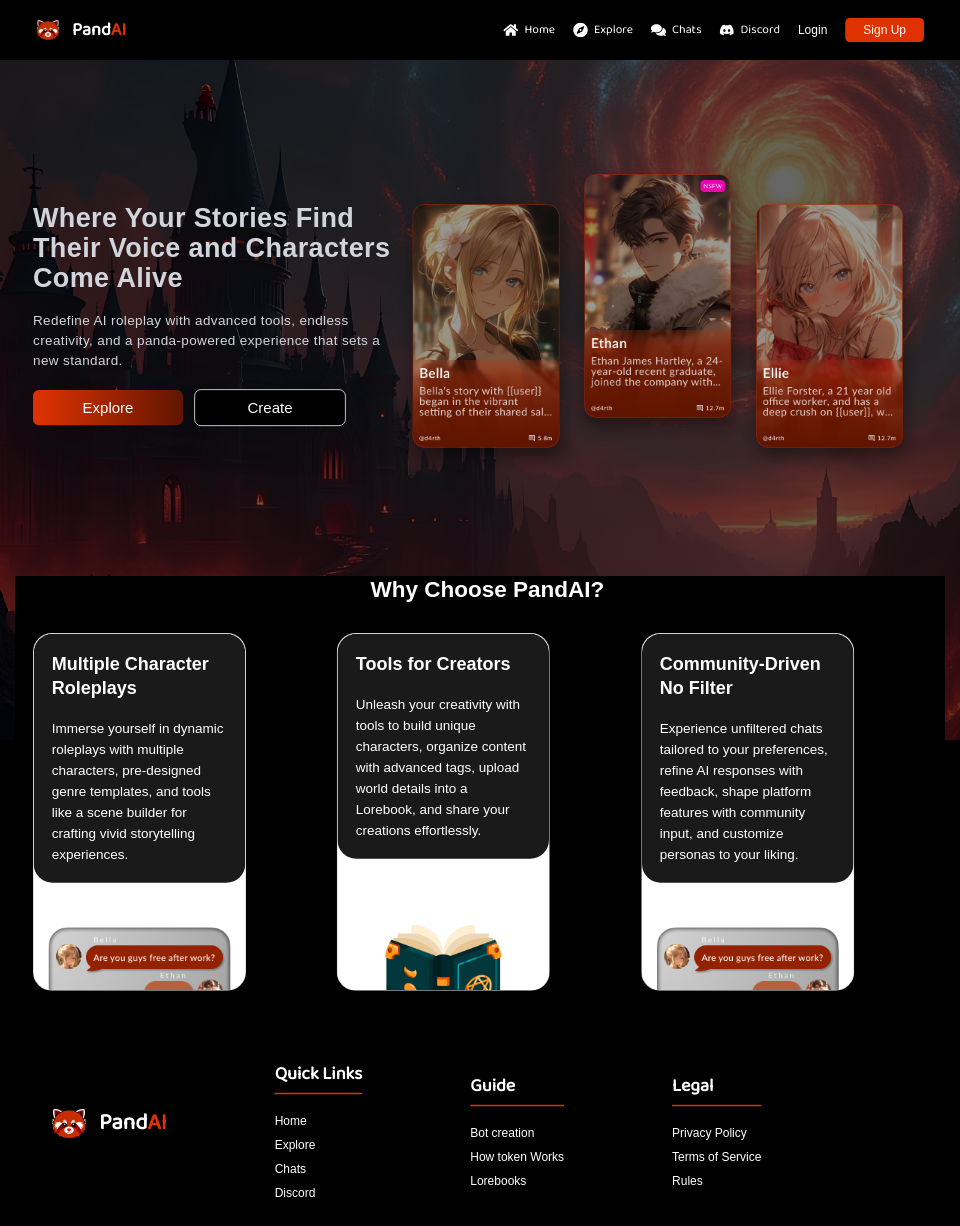
Repository: PandamoniumAI/Pandamonium
Page: /preview
These files come from the project's save history. The page is drawn as it stood at one moment and after the next save; the edit follows.
The browser window is 1280 px wide. The pictures show the whole page, at 75% of full size.
Some web libraries are served in a nearby version. The project was rebuilt for these pictures with package versions that can differ from the ones it lists, and the page was loaded fresh each time. Also part of the build but not shown: vite.config.js, src/Utils/Utils.js, src/Components/SearchBar/SearchBar.jsx, src/Components/CSS/CharacterCard.css, src/Components/CharacterCard/CharacterCard.jsx, src/Components/CSS/CharacterCardModal.css, src/Components/CharacterCardModal/CharacterCardModal.jsx, src/Components/CSS/Tags.css and 15 more.

Above is the page before, as saved 2025-01-01 21:32:57.

### index.html
<!doctype html>
<html lang="en">
  <head>
    <meta charset="UTF-8" />
    <link rel="icon" type="image/svg+xml" href="/src/assets/animal.png"/>
    <meta name="viewport" content="width=device-width, initial-scale=1.0" />
    <title>Pandamonium</title>
    <link
      href="https://cdn.jsdelivr.net/npm/bootstrap@5.3.0-alpha1/dist/css/bootstrap.min.css"
      rel="stylesheet"
    />
    <link
      href="https://cdn.jsdelivr.net/npm/bootstrap-icons/font/bootstrap-icons.css"
      rel="stylesheet"
    />
    <link
      href="https://cdnjs.cloudflare.com/ajax/libs/animate.css/4.1.1/animate.min.css"
      rel="stylesheet"
    />
  </head>

  <body>
    <div id="root"></div>
    <script src="https://kit.fontawesome.com/68b5244ee4.js" crossorigin="anonymous"></script>
    <script src="https://cdn.jsdelivr.net/npm/react/umd/react.production.min.js"></script>
    <script src="https://cdn.jsdelivr.net/npm/react-dom/umd/react-dom.production.min.js"></script>
    <script type="module" src="/src/main.jsx"></script>
    <script src="https://cdn.jsdelivr.net/npm/bootstrap@5.3.0-alpha1/dist/js/bootstrap.bundle.min.js"></script>
  </body>
</html>

### src/App.jsx
import HomePage from "./Components/HomePage/HomePage.jsx";
import Chat from "./Components/Chat/Chat.jsx";
import Create from "./Components/Create/Create.jsx";
import Error from "./Components/Error/Error.jsx";
import { BrowserRouter as Router, Routes, Route } from "react-router-dom";
import Preview from "../src/Preview/Preview.jsx";
function App() {
  return (
    <Router>
      <Routes>
        <Route path="/" element={<HomePage />} />
        <Route path="/chat/:characterId" element={<Chat />} />
        <Route path="/create" element={<Create />} />
        <Route path="*" element={<Error />} />
        <Route path="/preview" element={<Preview />} />
      </Routes>
    </Router>
  );
}

export default App;

### src/Preview/Preview.jsx
import React from "react";
import Animal from "../assets/animal.png";
import "./Preview.css";
import "tailwindcss/tailwind.css";
import {FaHome, FaCompass, FaComments, FaDiscord} from "react-icons/fa";
import image from "../assets/image.png";
import Chatcard from "../assets/Chat Card.png";
import Book from "../assets/Magical Book World Illustration 1.png";
import Roleplay from "../assets/Chat Card (1).png";

export default function Preview() {
  const handleCardHover = (event, element) => {
    const rect = element.getBoundingClientRect();
    const x = (event.clientX - rect.left) / rect.width - 0.5; // Normalize between -0.5 to 0.5
    const y = (event.clientY - rect.top) / rect.height - 0.5;

    element.style.transform = `rotateX(${y * 10}deg) rotateY(${x * 10}deg) scale(1.05)`;
  };

  return (
    <div className="main">
      <div className="fixed top-0 left-0 w-full bg-black bg-opacity-40 p-4 z-50">
        <div className="flex justify-between items-center w-full max-w-screen-xl mx-auto px-4">
          <div
            className="flex items-center space-x-4 cursor-pointer"
            onClick={() => window.scrollTo({top: 0, behavior: "smooth"})}
          >
            <img className="w-8 h-8" src={Animal} alt="Logo" />
            <h1 className="text-2xl font-bold font-baloo text-white">
              Pand<span className="text-[#E03201]">AI</span>
            </h1>
          </div>

          <div className="flex items-center space-x-6">
            <button className="flex items-center text-white font-baloo hover:text-[#E03201] transition">
              <FaHome className="mr-2 text-xl" />
              Home
            </button>
            <button className="flex items-center text-white font-baloo hover:text-[#E03201] transition">
              <FaCompass className="mr-2 text-xl" />
              Explore
            </button>
            <button className="flex items-center text-white font-baloo hover:text-[#E03201] transition">
              <FaComments className="mr-2 text-xl" />
              Chats
            </button>
            <button className="flex items-center text-white font-baloo hover:text-[#E03201] transition">
              <FaDiscord className="mr-2 text-xl" />
              Discord
            </button>
            <button className="text-white hover:text-[#E03201] transition">
              Login
            </button>
            <button className="bg-[#E03201] text-white px-4 py-1 rounded-md hover:bg-[#b02501] transition">
              Sign Up
            </button>
          </div>
        </div>
      </div>

      <div className="preview-container relative p-6">
        <div className="Preview-text mt-[50px] absolute top-[200px]">
          <p className="text-4xl text-gray-300 font-bold mb-6 tracking-[0.5px] w-[500px]">
            Where Your Stories Find Their Voice and Characters Come Alive
          </p>
          <p className="text-[18px] text-gray-300 leading-[27px] tracking-[0.5px] w-[500px] mb-8">
            Redefine AI roleplay with advanced tools, endless creativity, and a
            panda-powered experience that sets a new standard.
          </p>
        </div>

        <div className="Buttons absolute top-[500px] flex space-x-4 mb-8">
          <button className="text-white text-xl h-[47px] w-[200px] rounded-lg shadow-2xl bg-gradient-to-r from-[#E03201] to-[#611600] transform hover:scale-105 transition-all duration-300 ease-in-out hover:shadow-orange-500/50 hover:shadow-lg">
            <span className="relative z-10">Explore</span>
          </button>
          <button
            className="create bg-black text-white text-xl h-[47px] w-[200px] rounded-lg shadow-2xl outline outline-1 hover:outline-none transition-all duration-300 ease-in-out transform hover:scale-105 hover:shadow-[#B22801]/50 hover:shadow-lg relative overflow-hidden group"
            style={{
              outlineImage:
                "linear-gradient(to right, #FFCBBB, #D07A5A, #A8382D, #611600)",
              outlineImageSlice: 1,
            }}
          >
            <span className="relative z-10">Create</span>
            <span className="absolute inset-0 bg-yellow-500 transform scale-x-0 group-hover:scale-x-100 transition-transform duration-300 origin-left"></span>
          </button>
        </div>

        <div className="absolute right-[30px] top-[200px]">
          <img src={image} alt="" />
        </div>
      </div>

      <div className="info px-6 relative bg-black" style={{top: "700px"}}>
        <div className="infotext mb-8 text-white">
          <h1 className="text-3xl font-bold text-white ml-[450px]">
            Why Choose PandAI?
          </h1>

          <div className="cards grid grid-cols-1 md:grid-cols-3 gap-6 mt-10">
            {[
              "Multiple Character Roleplays",
              "Tools for Creators",
              "Community-Driven No Filter",
            ].map((title, index) => (
              <div
                key={index}
                className="card relative flex flex-col justify-between w-[284px] h-[477px] rounded-[25px] overflow-hidden"
                onMouseMove={(e) => handleCardHover(e, e.currentTarget)}
              >
                <div
                  className="absolute inset-0 -z-10 rounded-[25px]"
                  style={{
                    background:
                      "linear-gradient(135deg, #BF18C2, #6B1C8F, #1D0375)",
                    position: "absolute",
                    top: 0,
                    left: 0,
                    right: 0,
                    bottom: 0,
                    borderRadius: "25px",
                    padding: "2px",
                  }}
                />
                <div className="content p-6 bg-[#1A1A1A] flex flex-col justify-between h-full rounded-[25px]">
                  <h2 className="text-2xl font-semibold mb-4 text-white">
                    {title}
                  </h2>
                  <p className="text-lg text-white">
                    {index === 0
                      ? "Immerse yourself in dynamic roleplays with multiple characters, pre-designed genre templates, and tools like a scene builder for crafting vivid storytelling experiences."
                      : index === 1
                        ? "Unleash your creativity with tools to build unique characters, organize content with advanced tags, upload world details into a Lorebook, and share your creations effortlessly."
                        : "Experience unfiltered chats tailored to your preferences, refine AI responses with feedback, shape platform features with community input, and customize personas to your liking."}
                  </p>
                </div>
                <div className="image-container mt-4">
                  {index === 0 ? (
                    <img
                      src={Chatcard}
                      alt="Roleplay"
                      className="w-full rounded-[25px]"
                    />
                  ) : index === 1 ? (
                    <img
                      src={Book}
                      alt="Creator Tools"
                      className="w-full rounded-[25px]"
                    />
                  ) : (
                    <img
                      src={Roleplay}
                      alt="Community"
                      className="w-full rounded-[25px]"
                    />
                  )}
                </div>
              </div>
            ))}
          </div>

          <div className="Footer bg-black py-8 px-6 mt-10 flex items-center justify-start space-x-36">
            <div className="flex items-center">
              <img
                className="w-12 h-12 mr-4 transform transition duration-300 hover:scale-110"
                src={Animal}
                alt="Logo"
              />
              <h1 className="text-3xl font-bold font-baloo text-white">
                Pand<span className="text-[#E03201]">AI</span>
              </h1>
            </div>

            <div className="Quicklinks mr-36 mt-6">
              <h1 className="text-2xl font-bold font-baloo text-white border-b-2 border-[#E03201] pb-2">
                Quick Links
              </h1>
              <ul className="list-none pl-0 mt-4 space-y-2">
                <li className="text-white hover:text-[#E03201] transition duration-300 transform hover:translate-x-2">
                  <a href="#">Home</a>
                </li>
                <li className="text-white hover:text-[#E03201] transition duration-300 transform hover:translate-x-2">
                  <a href="#">Explore</a>
                </li>
                <li className="text-white hover:text-[#E03201] transition duration-300 transform hover:translate-x-2">
                  <a href="#">Chats</a>
                </li>
                <li className="text-white hover:text-[#E03201] transition duration-300 transform hover:translate-x-2">
                  <a href="#">Discord</a>
                </li>
              </ul>
            </div>

            <div className="guide mr-36 mt-6">
              <h1 className="text-2xl font-bold font-baloo text-white border-b-2 border-[#E03201] pb-2">
                Guide
              </h1>
              <ul className="list-none pl-0 mt-4 space-y-2">
                <li className="text-white hover:text-[#E03201] transition duration-300 transform hover:translate-x-2">
                  <a href="#">Bot creation</a>
                </li>
                <li className="text-white hover:text-[#E03201] transition duration-300 transform hover:translate-x-2">
                  <a href="#">How token Works</a>
                </li>
                <li className="text-white hover:text-[#E03201] transition duration-300 transform hover:translate-x-2">
                  <a href="#">Lorebooks</a>
                </li>
              </ul>
            </div>

            <div className="legal mr-36 mt-6">
              <h1 className="text-2xl font-bold font-baloo text-white border-b-2 border-[#E03201] pb-2">
                Legal
              </h1>
              <ul className="list-none pl-0 mt-4 space-y-2">
                <li className="text-white hover:text-[#E03201] transition duration-300 transform hover:translate-x-2">
                  <a href="#">Privacy Policy</a>
                </li>
                <li className="text-white hover:text-[#E03201] transition duration-300 transform hover:translate-x-2">
                  <a href="#">Terms of Service</a>
                </li>
                <li className="text-white hover:text-[#E03201] transition duration-300 transform hover:translate-x-2">
                  <a href="#">Rules</a>
                </li>
              </ul>
            </div>
          </div>
        </div>
      </div>
    </div>
  );
}

### src/Components/Chat/ExtraCss.css
/* ExtraCss.css */

/* General Styles */
body {
    margin: 0;
    padding: 0;
    font-family: Arial, sans-serif;
    background-color: #121212;
    color: #ffffff;
  }

  /* Chat Container */
  .d-flex {
    display: flex;
  }

  .flex-column {
    flex-direction: column;
  }

  .h-100 {
    height: 100%;
  }

  .bg-dark {
    background-color: #181818;
  }

  .text-white {
    color: #ffffff;
  }

  .border-secondary {
    border-color: #444;
  }

  .border-top {
    border-top: 1px solid;
  }

  .border-bottom {
    border-bottom: 1px solid;
  }

  .overflow-hidden {
    overflow: hidden;
  }

  .overflow-auto {
    overflow: auto;
  }

  /* Chat Header */
  .p-3 {
    padding: 1rem;
  }

  .align-items-center {
    align-items: center;
  }

  .space-x-4 > * + * {
    margin-left: 1rem;
  }

  /* Avatar */
  img.rounded-circle {
    border-radius: 50%;
    cursor: pointer;
  }

  /* Message Bubbles */
  .bg-secondary {
    background-color: #2a2a2a;
  }

  .p-3 {
    padding: 1rem;
  }

  .rounded-lg {
    border-radius: 1rem;
  }

  .shadow-lg {
    box-shadow: 0px 4px 10px rgba(0, 0, 0, 0.2);
  }

  .text-muted {
    color: #aaaaaa;
  }

  /* Input Field */
  input {
    outline: none;
  }

  input::placeholder {
    color: #aaaaaa;
  }

  .border-0 {
    border: none;
  }

  .flex-grow-1 {
    flex-grow: 1;
  }

  .shadow-lg {
    box-shadow: 0px 4px 10px rgba(0, 0, 0, 0.2);
  }

  /* Buttons */
  button {
    cursor: pointer;
  }

  button:disabled {
    opacity: 0.6;
    cursor: not-allowed;
  }

  .btn {
    display: inline-flex;
    justify-content: center;
    align-items: center;
    padding: 0.5rem;
    border: none;
    border-radius: 0.5rem;
    transition: background-color 0.3s ease, transform 0.2s ease;
  }

  .btn:hover:not(:disabled) {
    background-color: #555;
    transform: translateY(-2px);
  }

  .btn-light {
    background-color: #444;
    color: #fff;
  }

  .btn-primary {
    background-color: #007bff;
    color: #fff;
  }

  .btn-primary:hover:not(:disabled) {
    background-color: #0056b3;
  }

  /* Typing Animation */
  .animate-pulse {
    animation: pulse 1.5s infinite;
  }

  @keyframes pulse {
    0%, 100% {
      opacity: 1;
    }
    50% {
      opacity: 0.5;
    }
  }

  /* Smooth Fade-In */
  @keyframes fadeIn {
    from {
      opacity: 0;
      transform: translateY(10px);
    }
    to {
      opacity: 1;
      transform: translateY(0);
    }
  }

  /* Scrollbar Styles */
  .overflow-auto::-webkit-scrollbar {
    width: 6px;
  }

  .overflow-auto::-webkit-scrollbar-thumb {
    background-color: #444;
    border-radius: 10px;
  }

  .overflow-auto::-webkit-scrollbar-track {
    background-color: transparent;
  }

  .ReactModal__Overlay {
    opacity: 0;
    transition: opacity 0.3s ease-in-out;
  }
  .ReactModal__Overlay--after-open {
    opacity: 1;
  }
  .ReactModal__Overlay--before-close {
    opacity: 0;
  }

### src/Components/CSS/Create.css
body {
    background-color: #121212;
    color: #fff;
    min-height: 100vh;
    padding: 20px;
    font-family: 'Arial', sans-serif;
}
.creation-form {
    max-width: 800px;
    margin: 0 auto;
    background-color: rgba(0, 0, 0, 0.8);
    padding: 30px;
    border-radius: 15px;
    border: 1px solid #444;
    transition: all 0.3s ease;
}
.creation-form:hover {
    transform: scale(1.03);
    box-shadow: 0 10px 30px rgba(0, 0, 0, 0.5);
}
.form-control {
    background-color: #333;
    border: 1px solid #555;
    color: #fff;
    margin-bottom: 20px;
    transition: all 0.3s ease;
}
.form-control:focus {
    background-color: #444;
    border-color: #007bff;
    color: #fff;
}
.form-label {
    font-weight: bold;
}
.btn {
    background-color: #007bff;
    color: #fff;
    transition: all 0.3s ease;
}
.btn:hover {
    background-color: #0056b3;
}
.select2-container {
    width: 100%;
}
.custom-tag-field {
    margin-top: 20px;
}
.custom-tag-field input {
    width: calc(100% - 60px);
    display: inline-block;
    margin-right: 10px;
}
.custom-tag-field button {
    display: inline-block;
    background-color: #28a745;
    color: white;
    padding: 6px 12px;
    border: none;
    cursor: pointer;
}
.custom-tag-field button:hover {
    background-color: #218838;
}

@keyframes float {
    0% { transform: translateY(0px); }
    50% { transform: translateY(-10px); }
    100% { transform: translateY(0px); }
}

.tags-modal {
    display: none;
    position: fixed;
    top: 0;
    left: 0;
    width: 100%;
    height: 100%;
    background: rgba(0,0,0,0.7);
    z-index: 1000;
    animation: fadeIn 0.3s;
}

.tags-modal-content {
    position: absolute;
    top: 50%;
    left: 50%;
    transform: translate(-50%, -50%);
    background: #121212;
    color: white;
    padding: 2rem;
    border-radius: 15px;
    width: 90%;
    max-width: 500px;
    animation: slideIn 0.3s;
    box-shadow: 0 5px 15px rgba(0,0,0,0.3);
}

.tags-modal-header {
    display: flex;
    justify-content: space-between;
    align-items: center;
    margin-bottom: 1.5rem;
    border-bottom: 1px solid #333;
    padding-bottom: 1rem;
}

.btn-close {
    background-color: white;
}

.tag-pills {
    display: flex;
    flex-wrap: wrap;
    gap: 0.5rem;
}

.tag-pill {
    padding: 0.5rem 1rem;
    background: #2d2d2d;
    color: white;
    border-radius: 20px;
    cursor: pointer;
    transition: all 0.2s;
    border: 1px solid #444;
}

.tag-pill:hover {
    background: #3d3d3d;
    transform: translateY(-1px);
}

.tag-pill.selected {
    background: #007bff;
    color: white;
    border-color: #0056b3;
}

.selected-tags {
    background: #1a1a1a;
    padding: 1rem;
    border-radius: 10px;
}

.form-control {
    background: #2d2d2d;
    border: 1px solid #444;
    color: white;
}

.form-control:focus {
    background: #2d2d2d;
    color: white;
    border-color: #007bff;
    box-shadow: 0 0 0 0.2rem rgba(0,123,255,0.25);
}

.form-control::placeholder {
    color: #888;
}

@keyframes fadeIn {
    from { opacity: 0; }
    to { opacity: 1; }
}

@keyframes slideIn {
    from { transform: translate(-50%, -60%); opacity: 0; }
    to { transform: translate(-50%, -50%); opacity: 1; }
}

### src/Preview/Preview.css
@tailwind base;
@tailwind components;
@tailwind utilities;

@font-face {
    font-family: 'BalooDa2';
    src: url('../assets/Fonts/BalooDa2-Regular.ttf') format('truetype');
    font-weight: 400;
    font-style: normal;
}

body {
    position: relative;
    background-color: #000;
    min-height: 100vh;
    margin: 0;
    display: flex;
    flex-direction: column;
}

body::before {
    content: '';
    position: absolute;
    top: 0;
    left: 0;
    right: 0;
    bottom: 0;
    background-image: url('../../src/assets/Castle.jpg');
    background-size: cover;
    background-position: center;
    opacity: 0.4;
    z-index: -1;
}

### src/Components/Chat/Sidebar/styles.css
.floating-btn {
  position: absolute;
  top: 50%;
  left: 20px;
  cursor: pointer;
  z-index: 999;
  width: 64px;
  height: 64px;
  background-color: transparent;
  border: none;
  border-radius: 50%;
  transition: left 0.6s ease, transform 0.3s ease;
  box-shadow: none; /* Removed shadow */
}

.floating-btn.open {
  left: calc(240px + 20px);
}

.floating-btn.closed {
  left: 20px;
}

.sidebar {
  position: fixed;
  top: 0;
  left: 0;
  height: 100vh;
  background-color: #333;
  transition: width 0.5s ease-in-out;
  overflow: hidden;
  border-radius: 0 20px 20px 0;
}

.sidebar.open {
  width: 240px;
}

.sidebar.closed {
  width: 0;
}

.panda-image {
  transition: transform 0.5s ease, transform-origin 0.5s ease;
}

.panda-image:hover {
  transform: rotate(360deg); /* Full 360° rotation on hover */
  transform-origin: center;
}

.floating-btn:hover img {
  transform: rotate(360deg); /* Rotate the image smoothly when hovering over it */
  transition: transform 0.6s ease-in-out;
}

/* Reverse rotation when mouse leaves */
.floating-btn img {
  transition: transform 0.6s ease-out;
}

.floating-btn img:hover {
  animation: pandaRotate 0.6s forwards;
}

@keyframes pandaRotate {
  0% {
      transform: rotate(0deg);
  }
  100% {
      transform: rotate(360deg);
  }
}

.floating-btn img:not(:hover) {
  animation: reversePandaRotate 0.6s forwards;
}

@keyframes reversePandaRotate {
  0% {
      transform: rotate(360deg);
  }
  100% {
      transform: rotate(0deg);
  }
}

#pandaBtn {
  transition: transform 0.6s ease-in-out;
}

@media (max-width: 768px) {
  .sidebar {
      display: none;
  }

  .floating-btn {
      left: 20px;
  }
}

Loaded but not shown: src/main.jsx (common file); tailwind.config.js (14 lines, source omitted); src/Components/CSS/HomePage.css (319 lines, source omitted)

After the next save:
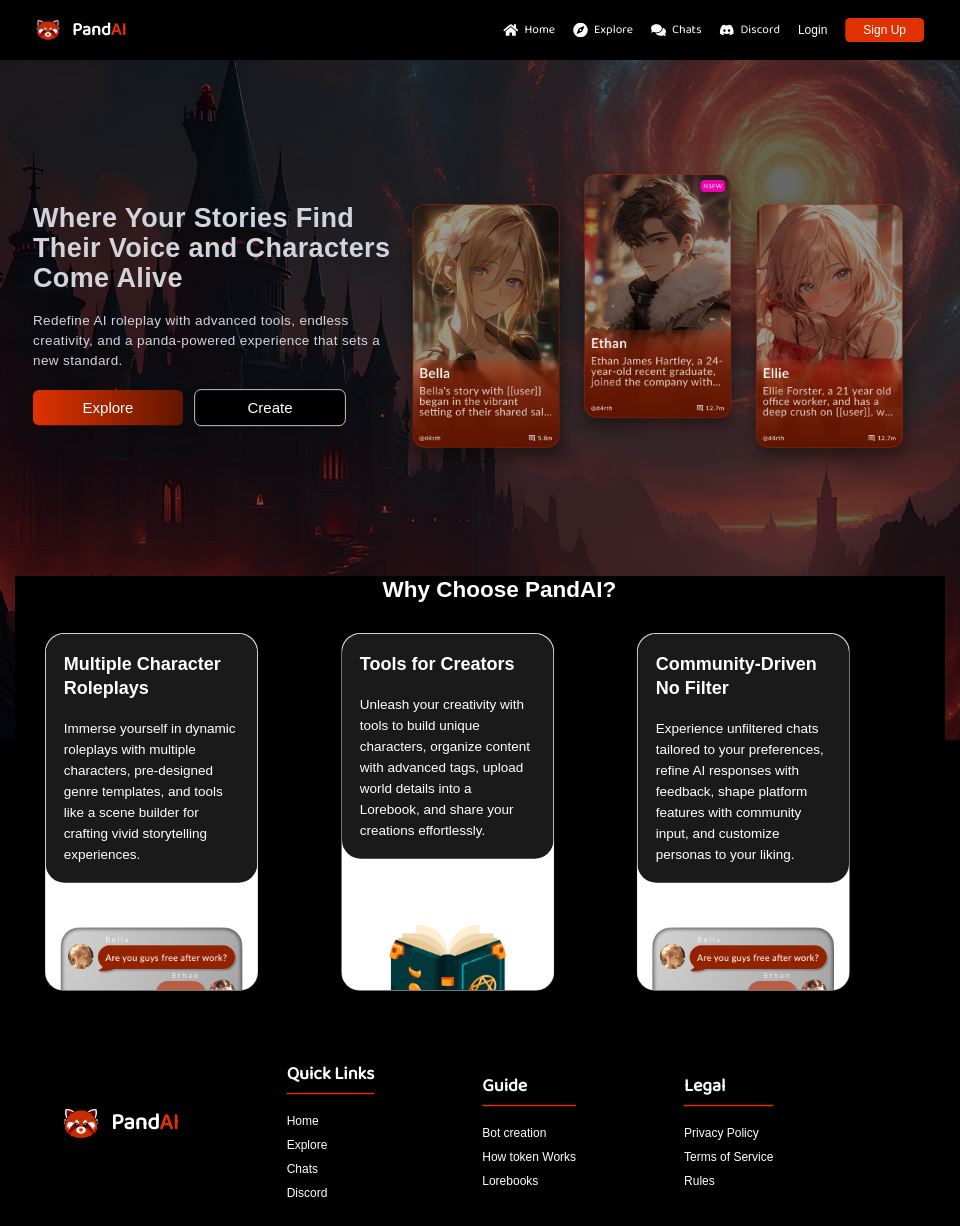
Saved 40 s later.
--- a/src/Preview/Preview.jsx
+++ b/src/Preview/Preview.jsx
@@ -91,7 +91,7 @@
         </div>
       </div>
 
-      <div className="info px-6 relative bg-black" style={{top: "700px"}}>
+      <div className="info px-10 relative bg-black" style={{top: "700px"}}>
         <div className="infotext mb-8 text-white">
           <h1 className="text-3xl font-bold text-white ml-[450px]">
             Why Choose PandAI?
